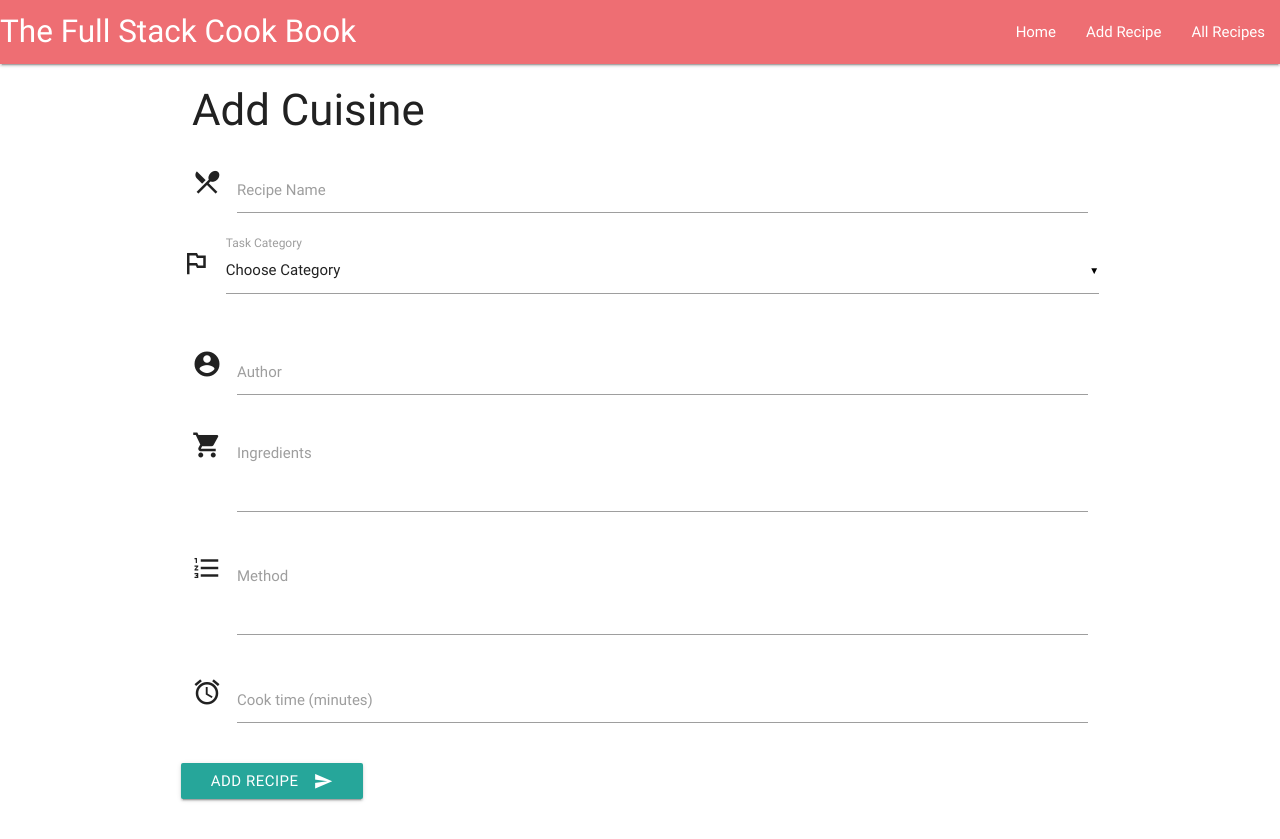
Repository: nakitamccool/francisillingworth-milestone-project-3
Page: http://localhost/add_cuisine
The author's editor kept a record of every edit. The page is drawn from the files as they stood at one moment, then again after the next edit.
The browser window is 1280 px wide. The pictures show the whole page.
The page is served by the project's application, run on Flask 3 (app.py). Queries for data that is not in the repository find no rows.

Above is the page before.

### templates/addcuisine.html
{% extends 'base.html' %} {% block content %}

<h3>Add Cuisine</h3>
<div class="row">
    <form action="{{ url_for('insert_recipe') }}" method="POST" class="col s12">
        <div class="row">
            <div class="input-field col s12">
                <i class="material-icons prefix">local_dining</i>
                <input id="recipe_name" name="recipe_name" id="recipe_name" type="text" class="validate">
                <label for="icon_prefix">Recipe Name</label>
            </div>


        <div class="row">
            <div class="input-field col s12">
                  <i class="material-icons prefix">outlined_flag</i>
                    <select id="cuisine" name="cuisine_type">
                  <option value="" disabled selected>Choose Category</option>
                  {% for cat in cuisine %}
                      <option value="{{cat.cuisine_type}}">{{cat.cuisine_type}}</option>
                  {% endfor %}
                </select>
                    <label>Task Category</label>
                </div>
            </div>


            <div class="input-field col s12">
                <i class="material-icons prefix">account_circle</i>
                <input id="author" name="author" id="author" type="text" class="validate">
                <label for="icon_telephone">Author</label>
            </div>
            <div class="input-field col s12">
                <i class="material-icons prefix">local_grocery_store</i>
                <textarea id="ingredients" name="ingredients" id="ingredients" class="materialize-textarea"></textarea>
                <label for="icon_telephone">Ingredients</label>
            </div>
            <div class="input-field col s12">
                <i class="material-icons prefix">format_list_numbered</i>
                <textarea name="method" id="method" class="materialize-textarea"></textarea>
                <label for="icon_telephone">Method</label>
            </div>
            <div class="input-field col s12">
                <i class="material-icons prefix">alarm</i>
                <input id="cook_time" name="cook_time" id="cook_time" type="tel" class="validate">
                <label for="icon_telephone">Cook time (minutes)</label>
            </div>
        </div>
        <div class="row">
            <button class="btn waves-effect waves-light" type="submit" name="action">Add Recipe
                <i class="material-icons right">send</i>
            </button>
        </div>



    </form>
</div>



{% endblock %}

### templates/base.html
<!DOCTYPE html>
<html lang="en">
<head>
    <link href="https://fonts.googleapis.com/icon?family=Material+Icons"
      rel="stylesheet">
    <link rel="stylesheet"  href="https://cdnjs.cloudflare.com/ajax/libs/materialize/0.100.2/css/materialize.min.css">
    <link rel="stylesheet" href="{{url_for('static' , filename = "css/style.css")}}" type="text/css" />

</head>
<body>
  <header>
    <nav>
    <div class="nav-wrapper">
      <a href="#" class="brand-logo">The Full Stack Cook Book</a>
      <ul id="nav-mobile" class="right hide-on-med-and-down">
        <li><a href="index.html">Home</a></li>
        <li><a href="{{ url_for('add_recipe') }}">Add Recipe</a></li>
        <li><a href="{{ url_for('get_recipes') }}">All Recipes</a></li>
      </ul>

    </div>
  </nav>
  </header>
    <div class="container">
    {% block content %}
    {% endblock %}
    </div>
    <script src="https://cdnjs.cloudflare.com/ajax/libs/jquery/3.4.1/jquery.min.js" integrity="sha256-CSXorXvZcTkaix6Yvo6HppcZGetbYMGWSFlBw8HfCJo=" crossorigin="anonymous"></script>
    <script src="https://cdnjs.cloudflare.com/ajax/libs/materialize/0.100.2/js/materialize.min.js"></script>
    <script type="text/javascript">
         $(document).ready(function(){
    $('.collapsible').collapsible();
    $('select').material_select();
  });

    </script>


</body>
</html>

### app.py
import os
from flask import Flask , render_template, redirect, request, url_for
from flask_pymongo import PyMongo
from bson.objectid import ObjectId


db_password = os.environ.get('DB_PASSWORD')

app = Flask(__name__)

app.config["MONGO_DBNAME"] = 'recipe_project'
app.config["MONGO_URI"] = 'mongodb+srv://root:r00tUser@myfirstcluster-aogax.mongodb.net/recipe_project?retryWrites=true&w=majority'

mongo = PyMongo(app)

@app.route('/')


@app.route('/get_recipes')
def get_recipes():
    return render_template("recipes.html", recipes=mongo.db.recipe.find())


@app.route('/add_recipe')
def add_recipe():
    return render_template('addrecipe.html', cuisine=mongo.db.cuisine.find())

@app.route('/insert_recipe', methods=['POST'])
def insert_recipe():
    recipes=mongo.db.recipe
    recipes.insert_one(request.form.to_dict())
    return redirect(url_for('get_recipes'))


@app.route('/edit_recipe/<recipe_id>')
def edit_recipe(recipe_id):
    the_recipe = mongo.db.recipe.find_one({"_id": ObjectId(recipe_id)})
    all_cuisine = mongo.db.cuisine.find()
    return render_template('editrecipe.html', recipe = the_recipe, cuisine=all_cuisine)



@app.route('/update_recipe/<recipe_id>', methods = ["POST"])
def update_recipe(recipe_id):
    recipes = mongo.db.recipe
    recipes.update( {'_id': ObjectId(recipe_id)},
    {
        'recipe_name' : request.form.get('recipe_name'),
        'cuisine_type' : request.form.get('cuisine_type'),
        'author' : request.form.get('author'),
        'ingredients' : request.form.get('ingredients'),
        'method' : request.form.get('method'),
        'cook_time' : request.form.get('cook_time'),
    })
    return redirect(url_for('get_recipes'))

@app.route('/delete_recipe/<recipe_id>')
def delete_recipe(recipe_id):
    mongo.db.recipe.remove({'_id':ObjectId(recipe_id)})
    return redirect(url_for('get_recipes'))





@app.route('/get_cuisines')
def get_cuisines():
    return render_template('cuisines.html', cuisine=mongo.db.cuisine.find())


@app.route('/edit_cuisine/<cuisine_id>')
def edit_cuisine(cuisine_id):
    return render_template('editcuisine.html', cuisine=mongo.db.cuisine.find_one({'_id':ObjectId(cuisine_id)}))


@app.route('/update_cuisine/<cuisine_id>', methods=['POST'])
def update_cuisine(cuisine_id):
    mongo.db.cuisine.update(
        {'_id': ObjectId(cuisine_id)},
        {'cuisine_type': request.form.get('cuisine_type')})
    return redirect(url_for('get_cuisines'))



@app.route('/add_cuisine')
def add_cuisine():
    return render_template('addcuisine.html', cuisine=mongo.db.cuisine.find())


@app.route('/insert_cuisine', methods=['POST'])
def insert_cuisine():
    cuisines=mongo.db.cuisine
    cuisines.insert_one(request.form.to_dict())
    return redirect(url_for('add_recipe'))



@app.route('/delete_cuisine/<cuisine_id>')
def delete_cuisine(cuisine_id):
    mongo.db.cuisine.remove({'_id':ObjectId(cuisine_id)})
    return redirect(url_for('get_cuisines'))



@app.route('/add_cuisine_edit')
def add_cuisine_edit():
    return render_template('addcuisine-edit.html', cuisine=mongo.db.cuisine.find())


@app.route('/insert_cuisine_edit', methods=['POST'])
def insert_cuisine_edit():
    cuisines=mongo.db.cuisine
    cuisines.insert_one(request.form.to_dict())
    return redirect(url_for('get_cuisines'))



@app.route('/index')
def index():
    return render_template("index.html")


@app.route('/filter')
def filter():
    return redirect(url_for())


if __name__ == '__main__':
    app.run(host=os.environ.get('IP'),
            port=int(os.environ.get('PORT')),
            debug=True)

### static/css/style.css
.btn_edit{
    height:28px;
    margin: 5px 15px;
    line-height: 28px;
    padding-left: 3px;
    padding-right: 6px;



}

.btn_delete{
    height:28px;
    margin: 5px 15px ;
    line-height: 28px;
    padding-left: 5px;
    padding-right: 5px;
    background-color: #b70808;

}

.collapsible-header i {
 margin:0;}

 .btn_delete:hover {
    background-color: #71231d;
}

.cancel_button{
    margin: 5px 15px;
    padding-left: 3px;
    padding-right: 6px;
    background-color: #b70808

}


 .cancel_button:hover {
    background-color: #71231d;
}


.recipe_header{
    margin-top:5px;
    margin-right: 20px;
}

.deleteEdit{
    margin-left:auto;
    margin-right:0;
}

.add_cuisine{
    margin-top: 0;
    margin-left:5%;
}

After the next edit:
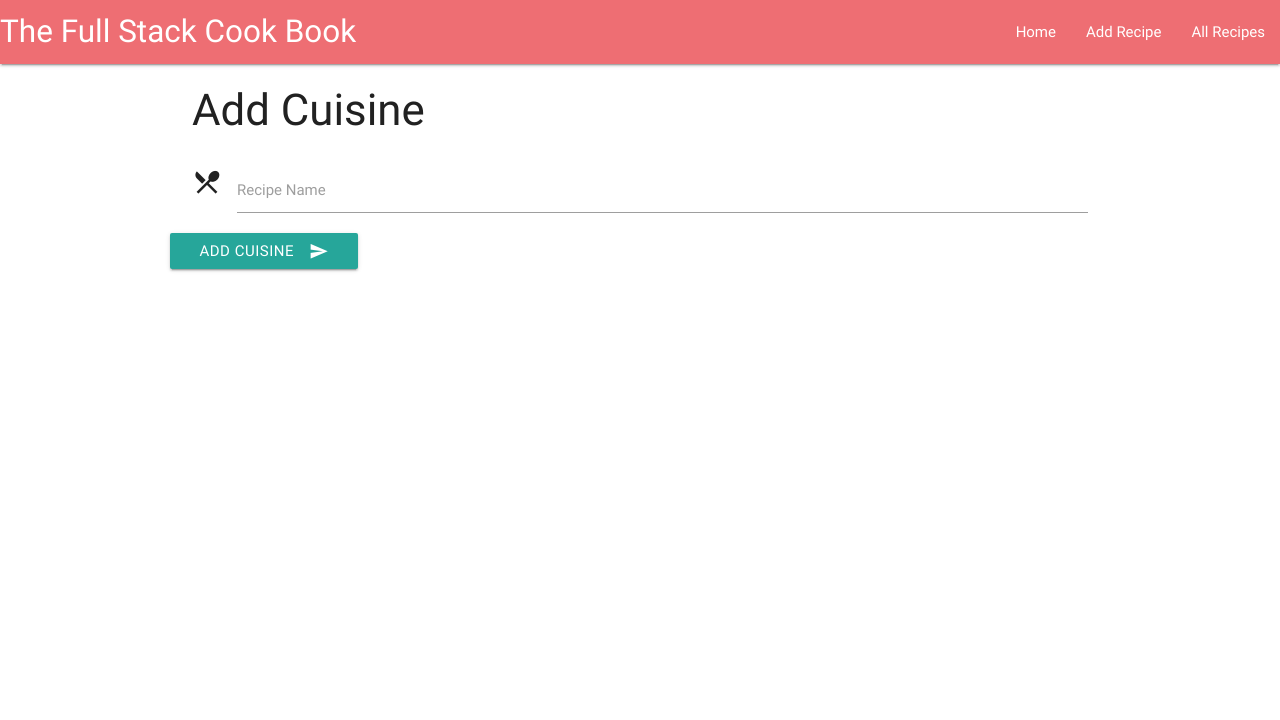
The edit:
--- a/templates/addcuisine.html
+++ b/templates/addcuisine.html
@@ -9,45 +9,8 @@
                 <input id="recipe_name" name="recipe_name" id="recipe_name" type="text" class="validate">
                 <label for="icon_prefix">Recipe Name</label>
             </div>
-
-
-        <div class="row">
-            <div class="input-field col s12">
-                  <i class="material-icons prefix">outlined_flag</i>
-                    <select id="cuisine" name="cuisine_type">
-                  <option value="" disabled selected>Choose Category</option>
-                  {% for cat in cuisine %}
-                      <option value="{{cat.cuisine_type}}">{{cat.cuisine_type}}</option>
-                  {% endfor %}
-                </select>
-                    <label>Task Category</label>
-                </div>
-            </div>
-
-
-            <div class="input-field col s12">
-                <i class="material-icons prefix">account_circle</i>
-                <input id="author" name="author" id="author" type="text" class="validate">
-                <label for="icon_telephone">Author</label>
-            </div>
-            <div class="input-field col s12">
-                <i class="material-icons prefix">local_grocery_store</i>
-                <textarea id="ingredients" name="ingredients" id="ingredients" class="materialize-textarea"></textarea>
-                <label for="icon_telephone">Ingredients</label>
-            </div>
-            <div class="input-field col s12">
-                <i class="material-icons prefix">format_list_numbered</i>
-                <textarea name="method" id="method" class="materialize-textarea"></textarea>
-                <label for="icon_telephone">Method</label>
-            </div>
-            <div class="input-field col s12">
-                <i class="material-icons prefix">alarm</i>
-                <input id="cook_time" name="cook_time" id="cook_time" type="tel" class="validate">
-                <label for="icon_telephone">Cook time (minutes)</label>
-            </div>
-        </div>
-        <div class="row">
-            <button class="btn waves-effect waves-light" type="submit" name="action">Add Recipe
+             <div class="row">
+            <button class="btn waves-effect waves-light" type="submit" name="action">Add Cuisine
                 <i class="material-icons right">send</i>
             </button>
         </div>
